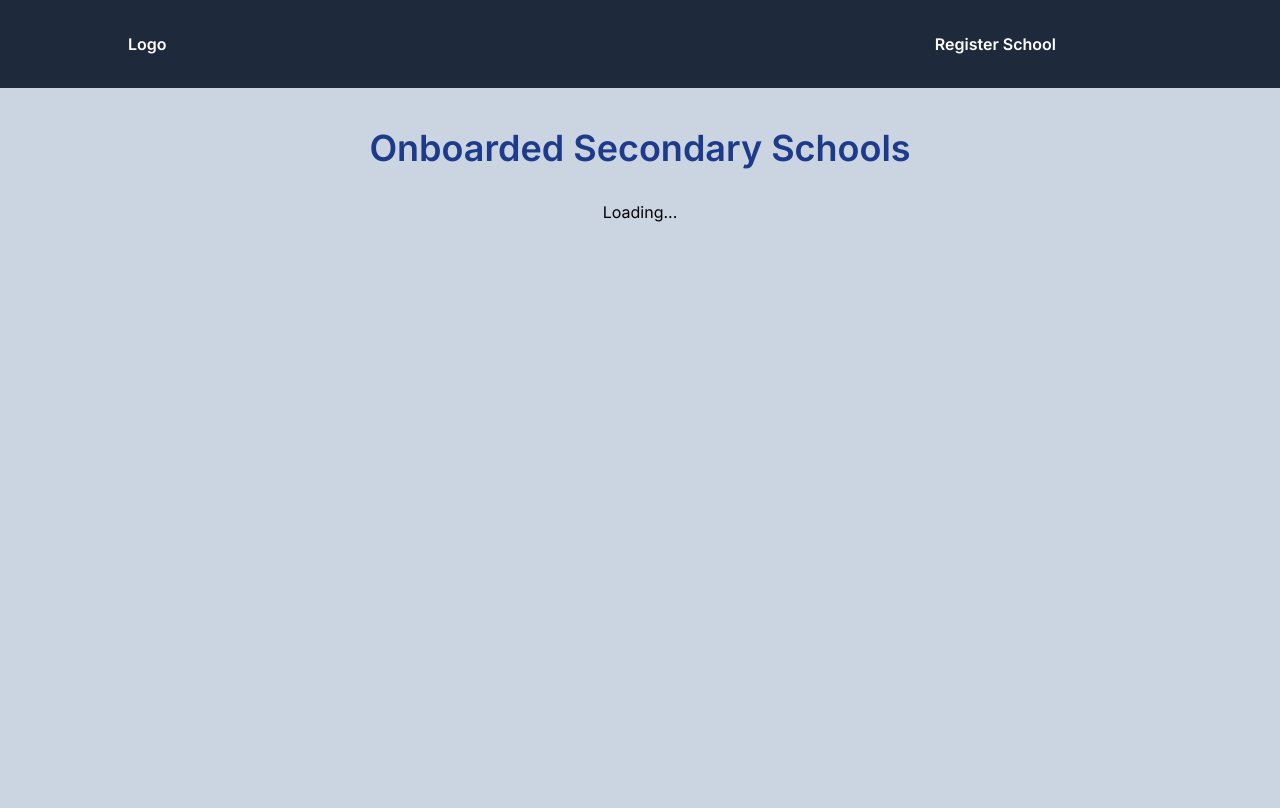
Repository: marcusdashe/fullstack-ts
Page: /
An editor plug-in stored every save of this project. The page is shown before and after the next save, followed by the edit.
The browser window is 1280 px wide. The pictures show the whole page.
The page's requests for data from a server got no answer. The project was rebuilt for these pictures with package versions that can differ from the ones it lists, and the page was loaded fresh each time. The framework's server and built-in components were replaced by stand-ins that run in the browser. No one was signed in, and anything a server would have sent is missing. Also part of the build but not shown: next.config.js, app/components/SchoolCard.tsx.

Above is the page before, as saved 2023-07-28 09:52:58.

### app/layout.tsx
import "./globals.css";
import type { Metadata } from "next";
import { Inter } from "next/font/google";
import Navbar from "./components/NavBar";

const inter = Inter({
  weight: ["400", "600"],
  subsets: ["latin"],
});

export const metadata: Metadata = {
  title: "SMP",
  description: "School Management System for Secondary School",
  keywords: ["smp", "lms", "marcus"],
};

export default function RootLayout({
  children,
}: {
  children: React.ReactNode;
}) {
  return (
    <html lang="en">
      <body className={inter.className}>
        <Navbar />
        {children}
      </body>
    </html>
  );
}

### app/page.tsx
import Image from "next/image";
import React from "react";
import Head from "next/head";
import SchoolListed from "@/app/components/SchoolListed";

export default function Home() {
  return (
    <div className="bg-slate-300 min-h-screen">
      <Head>
        <title>School List</title>
        <meta name="description" content="A school management system" />
      </Head>

      <main className="container mx-auto py-10 px-4 flex flex-col items-center justify-center">
        <h1 className="text-4xl font-bold mb-8 text-blue-900">
          Onboarded Secondary Schools
        </h1>
        <SchoolListed />
      </main>
    </div>
  );
}

### app/components/NavBar.tsx
"use client";

import React from "react";
import { useRouter } from "next/router";
import Link from "next/link";
// import Logo from "./Logo";
// import { TwitterIcon, GithubIcon, LinkedInIcon } from "./Icons";
// import { motion } from "framer-motion";

type CustomLinkProps = {
  href: string;
  title: string;
  className: string | object;
};

const CustomLink = ({ href, title, className = "" }: CustomLinkProps) => {
  //   const router = useRouter();

  return (
    <Link href={href} className={`${className} relative group`}>
      {title}
      <span
        className={`h-[1px] inline-block bg-dark absolute left-0 -bottom-0.5 group-hover:w-full transition-[width] ease duration-300 ${
          "w-0" //   router.asPath === href ? "w-full" : "w-0"
        }`}
      >
        &nbsp;
      </span>
    </Link>
  );
};

const Navbar: React.FC = () => {
  return (
    <header
      className="w-full px-32 py-8 font-bold
            flex items-center justify-between sticky top-0 z-10 bg-slate-800 text-white"
    >
      <nav>
        <CustomLink href="/" title="Logo" className="mr-4" />
        {/* <CustomLink href="/about" title="About" className="mx-4" /> */}
      </nav>

      <nav className="flex items-center justify-center flex-wrap">
        <a href="/school" className="w-max-content mx-3">
          Register School
        </a>
        <a
          href="https://www.linkedin.com/in/marcus-dashe-15a088202"
          target={"_blank"}
          className="w-6 mx-3"
        ></a>
        <a
          href="https://www.github.com/marcusdashe"
          target={"_blank"}
          className="w-6 ml-3"
        >
          {/* <GithubIcon /> */}
        </a>
      </nav>
      <div className="absolute left-[50%] top-2 translate-x-[-50]">
        {/* <Logo /> */}
      </div>
    </header>
  );
};

export default Navbar;

### app/components/SchoolListed.tsx
"use client";

import React, { useState, useEffect } from "react";
import SchoolService, { School } from "@/app/services/api/school.service";
import SchoolCard from "@/app/components/SchoolCard";

const SchoolListed: React.FC = () => {
  const [schoolArray, setSchoolArray] = useState<School[]>([]);
  const [loading, setLoading] = useState<Boolean>(true);

  useEffect(() => {
    const fetchSchools = async () => {
      try {
        const response = await SchoolService.fetchAllSchools();
        // if (response.statusText !== "ok")
        //   throw Error("Did not receive expected data");
        console.log(response.data);
        setSchoolArray(response.data);
      } catch (error: any) {
        console.log(error.message);
      } finally {
        setLoading(false);
      }
    };
    setTimeout(() => {
      (async () => await fetchSchools())();
    }, 2000);
  }, []);
  return (
    <>
      <div className="grid grid-cols-1">
        {schoolArray.length > 0 ? (
          <>
            {schoolArray.map((school: School) => (
              <SchoolCard key={school.schoolEmail} {...school} />
            ))}
          </>
        ) : (
          <>
            <p>Loading...</p>
          </>
        )}
      </div>
    </>
  );
};

export default SchoolListed;

### app/services/api/school.service.ts
import axios, { AxiosResponse } from "axios";
import config from "../config";

export interface School {
  schoolName: string;
  schoolAddress: string;
  schoolPhoneNumber: string;
  schoolWebsite: string;
  schoolEmail: string;
  schoolLogo: string;
}

const API_URL: string = config.API_BASE_URL;

class SchoolService {
  static client = axios.create({
    baseURL: API_URL,
  });

  async registerSchool(school: School): Promise<AxiosResponse<School>> {
    const response = await SchoolService.client.post<School>(
      "/schools/create",
      school
    );
    return response;
  }

  async fetchAllSchools(): Promise<AxiosResponse<School[]>> {
    const response = await SchoolService.client.get<School[]>("/schools/all");
    return response;
  }

  async fetchSchoolById(id: number): Promise<AxiosResponse<School>> {
    const response = await SchoolService.client.get<School>(`/school/${id}`);
    return response;
  }

  async updateSchool6(
    school: School,
    id: number
  ): Promise<AxiosResponse<School>> {
    const response = await SchoolService.client.put<School>(
      `/schools/${id}`,
      school
    );
    return response;
  }

  async delSchoolById(id: number): Promise<AxiosResponse<void>> {
    const response = await SchoolService.client.delete<void>(`/schools/${id}`);
    return response;
  }

  async fetchSchoolByName(schoolName: string): Promise<AxiosResponse<School>> {
    const response = await SchoolService.client.get<School>(
      `/schools/byName/${schoolName}`
    );
    return response;
  }

  async fetchSchoolByPhoneNumber(
    phoneNumber: string
  ): Promise<AxiosResponse<School>> {
    const response = await SchoolService.client.get<School>(
      `/schools/byPhoneNumber/${phoneNumber}`
    );
    return response;
  }

  async fetchSchoolByWebsite(
    schoolWebsite: string
  ): Promise<AxiosResponse<School>> {
    const response = await SchoolService.client.get<School>(
      `/schools/byWebsite/${schoolWebsite}`
    );
    return response;
  }

  async fetchSchoolByEmail(email: string): Promise<AxiosResponse<School>> {
    const response = await SchoolService.client.get<School>(
      `/schools/byEmail/${email}`
    );
    return response;
  }
}

export default new SchoolService();

### app/services/config.ts
export default {
  API_BASE_URL:
    `${process.env.NEXT_PUBLIC_BACKEND_BASE_URL}/api-v1` ||
    "http://localhost:8000/api-v1",
};

Loaded but not shown: app/globals.css (common file); tailwind.config.js (common file)

After the next save:
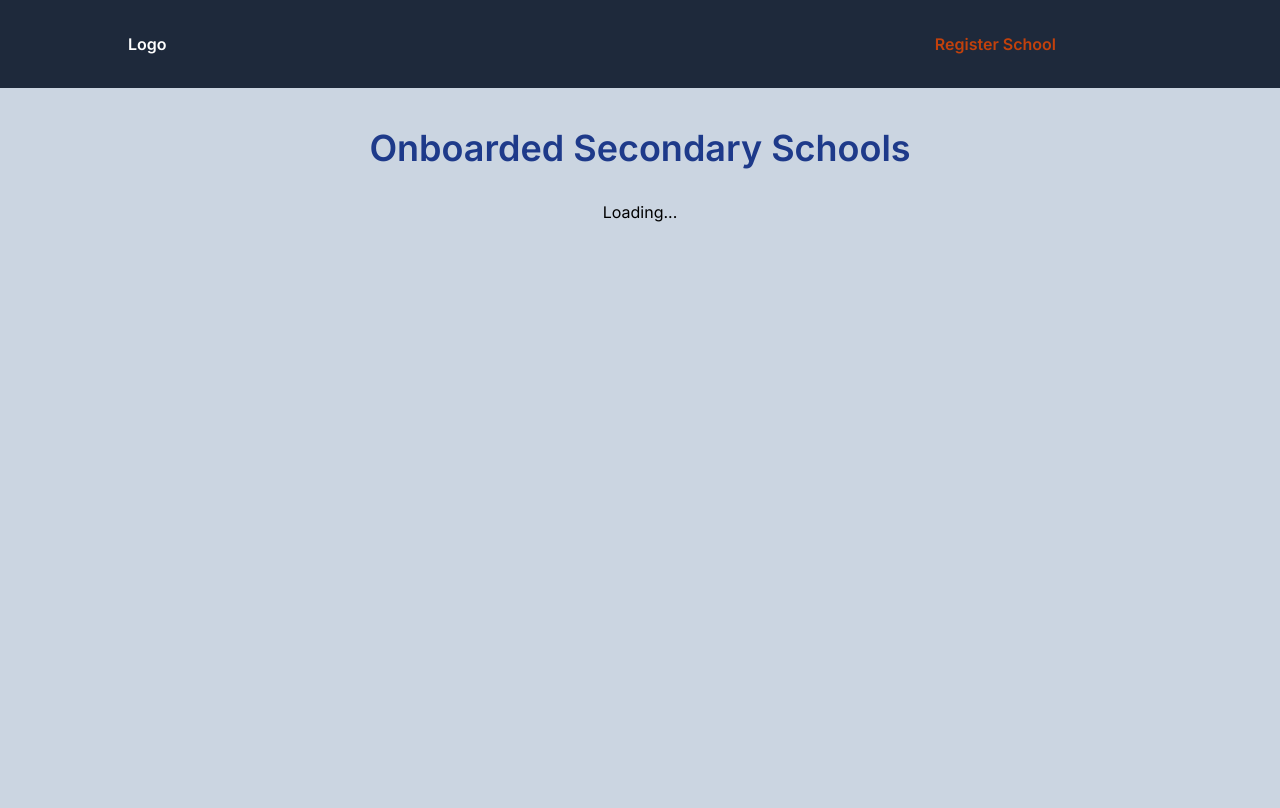
Saved 85 s later.
--- a/app/components/NavBar.tsx
+++ b/app/components/NavBar.tsx
@@ -42,7 +42,7 @@ const Navbar: React.FC = () => {
       </nav>
 
       <nav className="flex items-center justify-center flex-wrap">
-        <a href="/school" className="w-max-content mx-3">
+        <a href="/school" className="w-max-content mx-3 text-orange-700">
           Register School
         </a>
         <a
